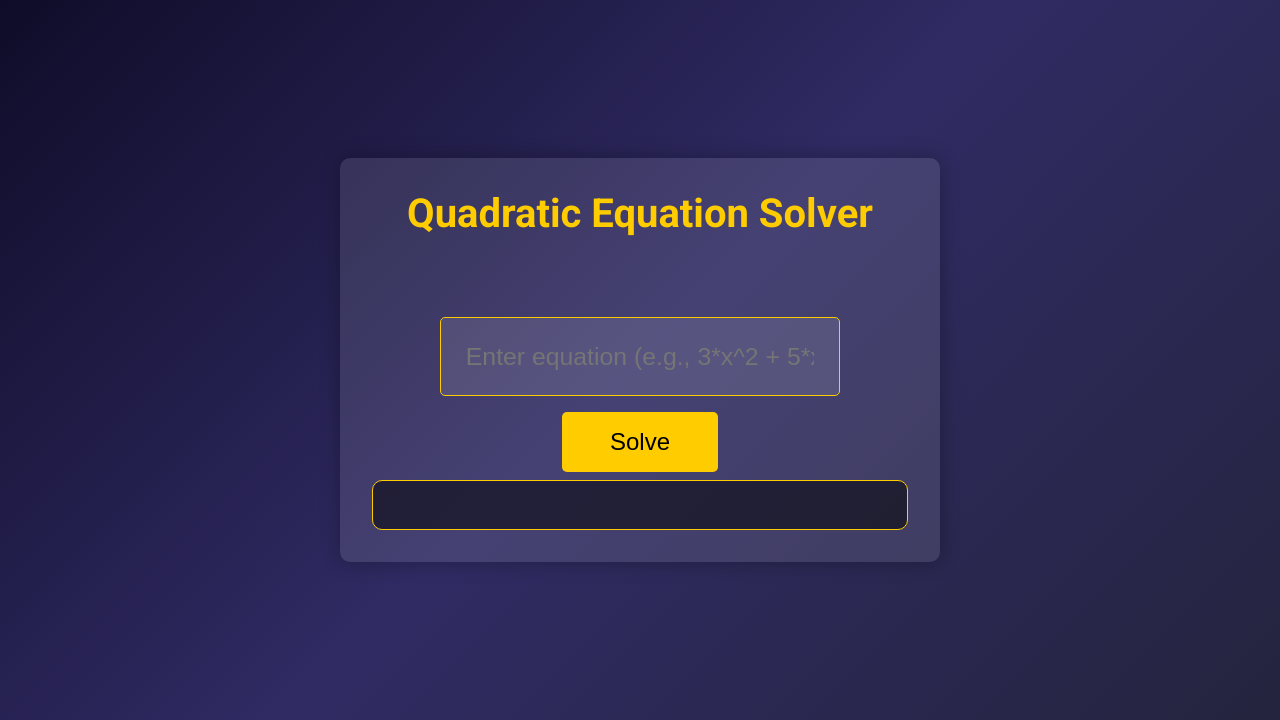
Repository: ngl-ankit/equation-solver
Page: index.html
An editor plug-in stored every save of this project. The page is shown before and after the next save, followed by the edit.
The browser window is 1280 px wide. The pictures show the whole page.

Above is the page before, as saved 2024-07-08 11:19:27.

### index.html
<!DOCTYPE html>
<html lang="en">
  <head>
    <meta charset="UTF-8" />
    <meta name="viewport" content="width=device-width, initial-scale=1.0" />
    <title>Quadratic Equation Solver</title>
    <link rel="stylesheet" href="styles.css" />
  </head>
  <body>
    <div class="container">
      <h1>Quadratic Equation Solver</h1>
      <div class="form-container">
        <form id="equation-form">
          <input
            type="text"
            id="equation-input"
            placeholder="Enter equation (e.g., 3*x^2 + 5*x - 2 = 0)"
            required
          />
          <button type="submit" class="solve-btn">Solve</button>
        </form>
      </div>
      <div id="results" class="results"></div>
    </div>
    <script src="script.js"></script>
  </body>
</html>

### styles.css
@import url("https://fonts.googleapis.com/css2?family=Roboto:wght@400;700&display=swap");

* {
  margin: 0;
  padding: 0;
  box-sizing: border-box;
}

body {
  display: flex;
  justify-content: center;
  align-items: center;
  height: 100vh;
  font-family: "Roboto", sans-serif;
  background: linear-gradient(135deg, #0f0c29, #302b63, #24243e);
  color: #fff;
}

.container {
  max-width: 600px;
  width: 90%;
  background: rgba(255, 255, 255, 0.1);
  padding: 2rem;
  border-radius: 10px;
  box-shadow: 0 0 20px rgba(0, 0, 0, 0.3);
  text-align: center;
}

h1 {
  font-size: 2.5rem;
  margin-bottom: 5rem;
  color: #ffcc00;
}

.form-container {
  margin-bottom: 0.2rem;
}

form {
  display: flex;
  flex-direction: column;
  align-items: center;
}

input[type="text"] {
  width: 100%;
  max-width: 400px;
  padding: 1.55rem;
  border: 1px solid #ffcc00;
  border-radius: 5px;
  background: rgba(255, 255, 255, 0.1);
  color: #fff;
  font-size: 1.55rem;
  margin-bottom: 1rem;
  transition: background-color 0.3s, border-color 0.3s;
}

input[type="text"]:hover,
input[type="text"]:focus {
  background-color: rgba(255, 255, 255, 0.2);
  border-color: #ff9900;
}

button.solve-btn {
  padding: 1rem 3rem;
  border: none;
  background-color: #ffcc00;
  color: #000;
  border-radius: 5px;
  cursor: pointer;
  transition: background-color 0.3s, transform 0.3s;
  font-size: 1.5rem;
  outline: none;
}

button.solve-btn:hover {
  background-color: #ff9900;
  transform: scale(1.08);
}

.results {
  background: rgba(0, 0, 0, 0.5);
  border: 1px solid #ffcc00;
  border-radius: 10px;
  padding: 1.5rem;
  margin-top: 0.5rem;
  text-align: left;
  animation: fadeIn 0.5s ease-in-out;
}

.results p {
  font-size: 1rem;
  line-height: 1.6;
  margin-bottom: 1rem;
}

.solution-steps {
  margin-top: 1rem;
}

@keyframes fadeIn {
  from {
    opacity: 0;
  }
  to {
    opacity: 1;
  }
}

### script.js
document.getElementById('equation-form').addEventListener('submit', function (event) {
  event.preventDefault();
  const equation = document.getElementById('equation-input').value;
  const result = solveQuadraticEquation(equation);
  displayResults(result);
});

function solveQuadraticEquation(equation) {
  const trimmedEquation = equation.replace(/\s/g, ''); // Remove all whitespace
  const regex = /^([-+]?\d*\.?\d*)\*?x\^2([-+]?\d*\.?\d*)\*?x([-+]?\d*\.?\d*)=?0$/;
  const matches = trimmedEquation.match(regex);

  if (!matches) {
    return { equation, error: 'Invalid equation format' };
  }

  const a = parseFloat(matches[1]) || 1;
  const b = parseFloat(matches[2]) || 0;
  const c = parseFloat(matches[3]) || 0;

  const discriminant = b * b - 4 * a * c;

  let solutions = [];
  let solutionSteps = [];

  solutionSteps.push(`Given equation: ${equation}`);

  solutionSteps.push(`Step 1: Calculate Discriminant (D) = ${b}^2 - 4 * ${a} * ${c}`);
  solutionSteps.push(`D = ${discriminant}`);

  if (discriminant > 0) {
    const x1 = (-b + Math.sqrt(discriminant)) / (2 * a);
    const x2 = (-b - Math.sqrt(discriminant)) / (2 * a);
    solutions = [x1, x2];
    solutionSteps.push(`Step 2: Apply the Quadratic Formula:`);
    solutionSteps.push(`x1 = (-${b} + √${discriminant}) / (2 * ${a}) = ${x1}`);
    solutionSteps.push(`x2 = (-${b} - √${discriminant}) / (2 * ${a}) = ${x2}`);
  } else if (discriminant === 0) {
    const x = -b / (2 * a);
    solutions = [x];
    solutionSteps.push(`Step 2: Apply the Quadratic Formula:`);
    solutionSteps.push(`x = -${b} / (2 * ${a}) = ${x}`);
  } else {
    solutionSteps.push(`Step 2: Since D < 0, no real solutions exist.`);
  }

  return {
    equation,
    solutions,
    discriminant,
    solutionSteps
  };
}

function displayResults(result) {
  const resultsDiv = document.getElementById('results');
  resultsDiv.innerHTML = `
    <h2>Results:</h2>
    <div class="solution-steps">
      ${result.solutionSteps.map(step => `<p>${step}</p>`).join('')}
    </div>
    <p><strong>Discriminant:</strong> ${result.discriminant}</p>
    ${result.solutions.length > 0 ? `
    <p><strong>Solutions:</strong> ${result.solutions.join(', ')}</p>` : ''}
  `;
}

After the next save:
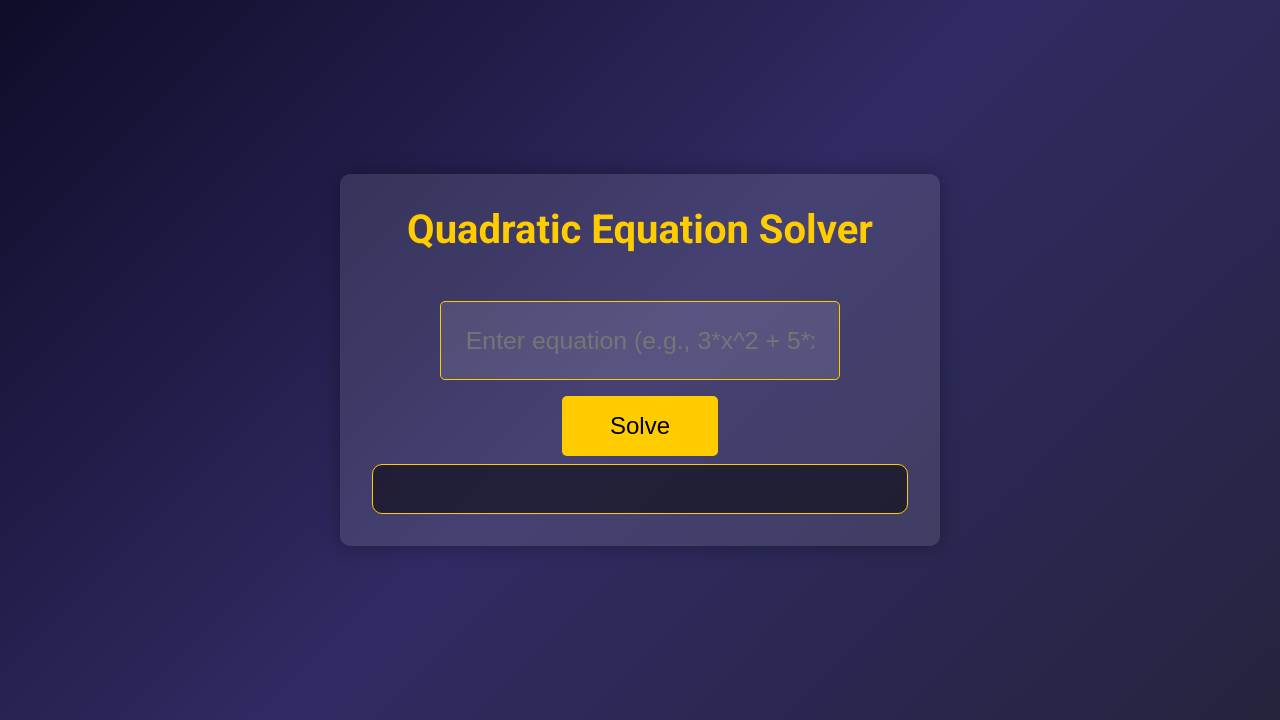
Saved 11 s later.
--- a/styles.css
+++ b/styles.css
@@ -28,7 +28,7 @@ body {
 
 h1 {
   font-size: 2.5rem;
-  margin-bottom: 5rem;
+  margin-bottom: 3rem;
   color: #ffcc00;
 }
 
